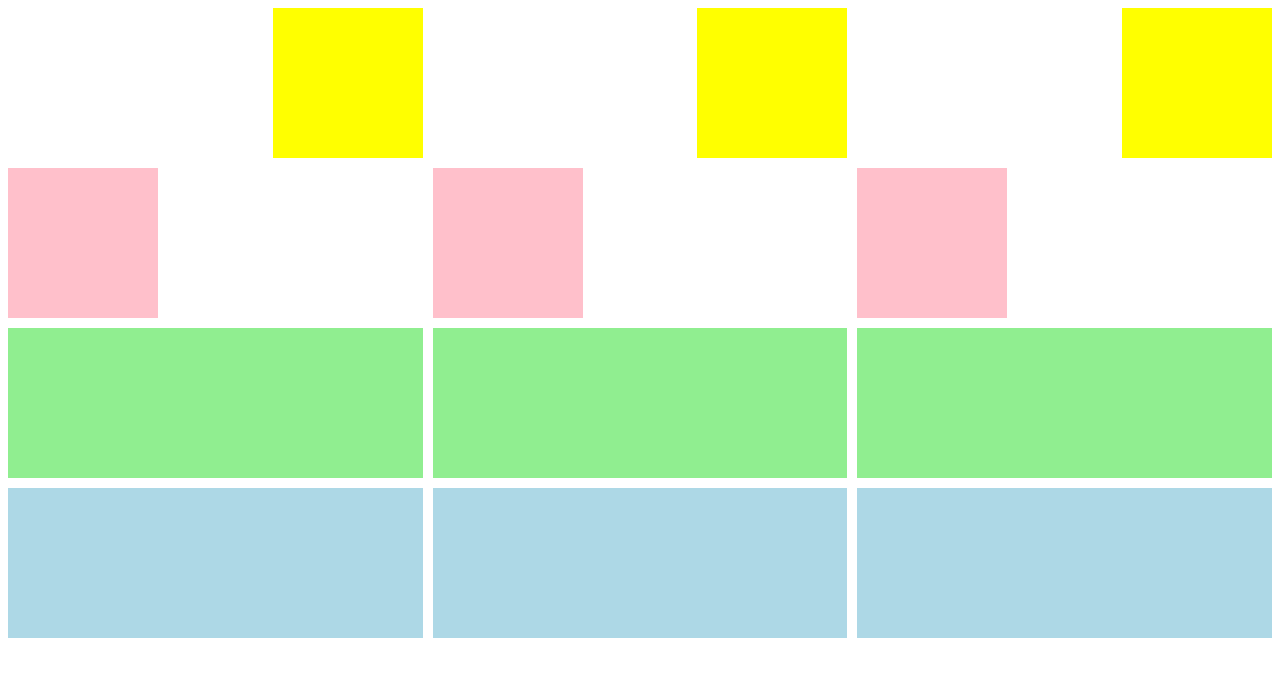
Repository: Yevhen94/nixhw
Page: fourth-lesson/index.html
These files come from the project's save history. The page is drawn as it stood at one moment and after the next save; the edit follows.
The browser window is 1280 px wide. The pictures show the whole page.

Above is the page before, as saved 2022-02-08 13:53:53.

### fourth-lesson/index.html
<!DOCTYPE html>
<html lang="en">
  <head>
    <meta charset="UTF-8" />
    <meta http-equiv="X-UA-Compatible" content="IE=edge" />
    <meta name="viewport" content="width=device-width, initial-scale=1.0" />
    <link rel="stylesheet" href="./styles/index.css" />
    <title>Flex+Grid</title>
  </head>
  <body>
    <div class="first-ex">
      <div class="block block--yellow"></div>
      <div class="block block--yellow"></div>
      <div class="block block--yellow"></div>
      <div class="block block--pink"></div>
      <div class="block block--pink"></div>
      <div class="block block--pink"></div>
      <div class="block block--green"></div>
      <div class="block block--green"></div>
      <div class="block block--green"></div>
      <div class="block block--blue"></div>
      <div class="block block--blue"></div>
      <div class="block block--blue"></div>
    </div>
  </body>
</html>

### fourth-lesson/styles/index.css
.first-ex {
  grid-template-columns: repeat(3, 1fr);

  display: grid;
  gap: 10px;
}

.block {
  min-height: 150px;
  min-width: 150px;
}

.block--yellow {
  background-color: yellow;
  justify-self: end;
}

.block--pink {
  background-color: pink;
  justify-self: start;
}

.block--green {
  background-color: lightgreen;
}

.block--blue {
  background-color: lightblue;
}

After the next save:
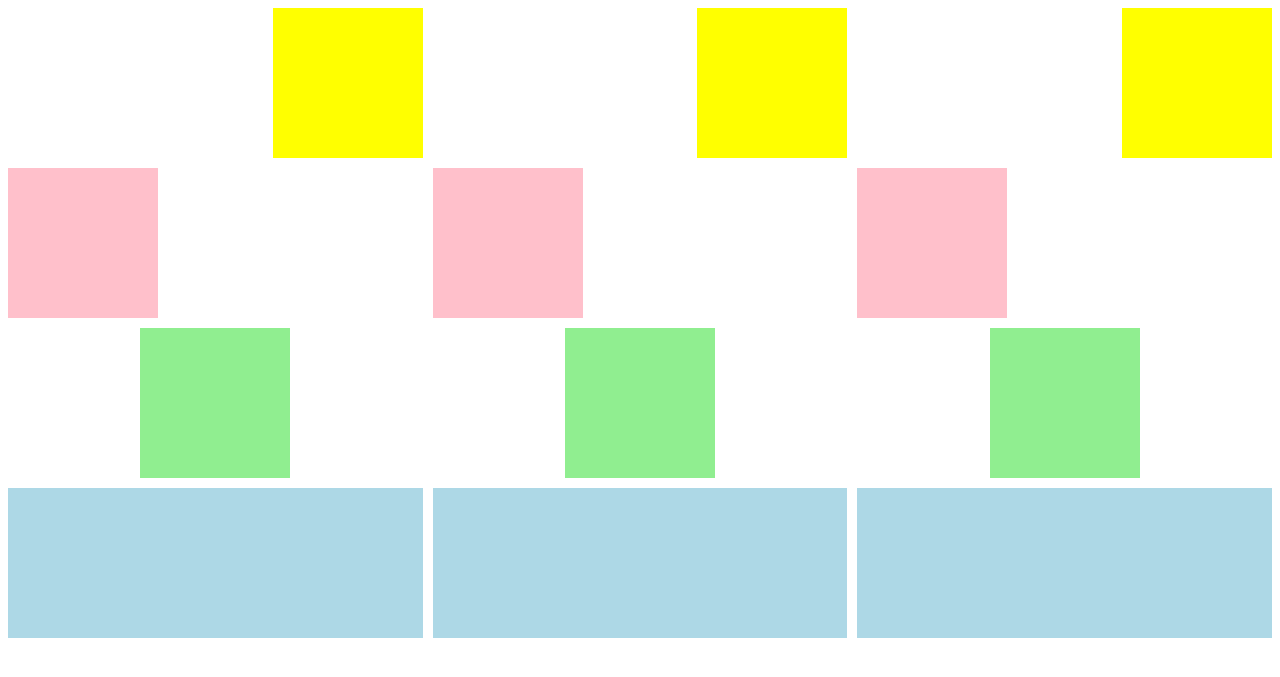
Saved 22 s later.
--- a/fourth-lesson/styles/index.css
+++ b/fourth-lesson/styles/index.css
@@ -22,6 +22,7 @@
 
 .block--green {
   background-color: lightgreen;
+  justify-self: center;
 }
 
 .block--blue {
